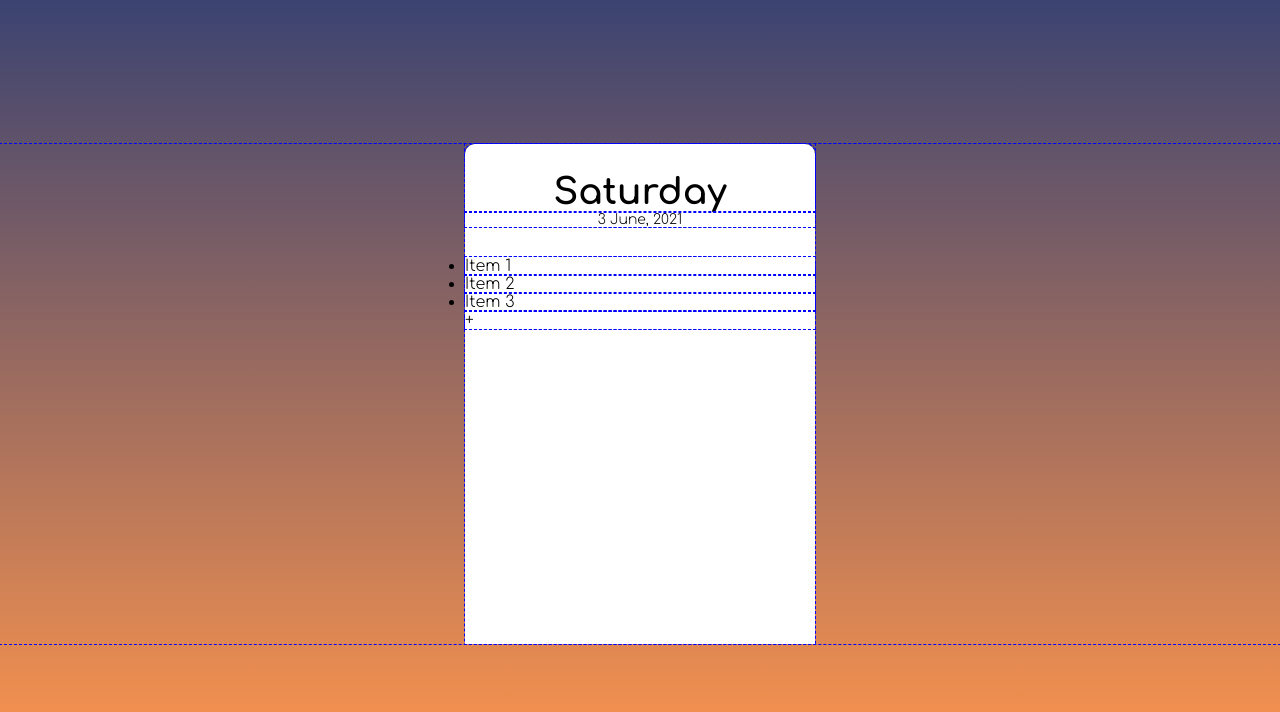
Repository: Colo-Codes/mini-projects
Page: todo-app/index.html
These files come from the project's save history. The page is drawn as it stood at one moment and after the next save; the edit follows.
The browser window is 1280 px wide. The pictures show the whole page.

Above is the page before, as saved 2021-07-04 11:17:32.

After the next save:
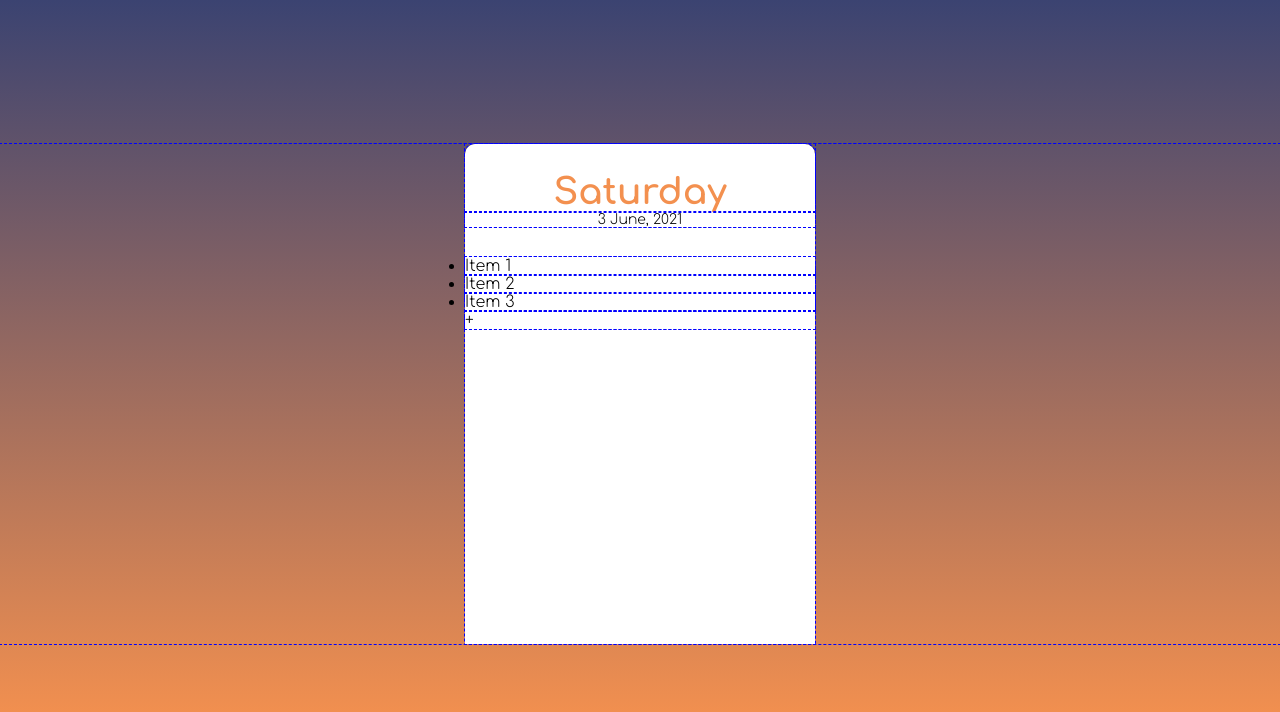
Saved 11 s later.
--- a/todo-app/css/index.css
+++ b/todo-app/css/index.css
@@ -48,7 +48,7 @@ body {
     font-size: 2.25rem;
     font-weight: 700;
     text-align: center;
-    color: ;
+    color: #f3904f;
 }
 
 #todo--header p {
